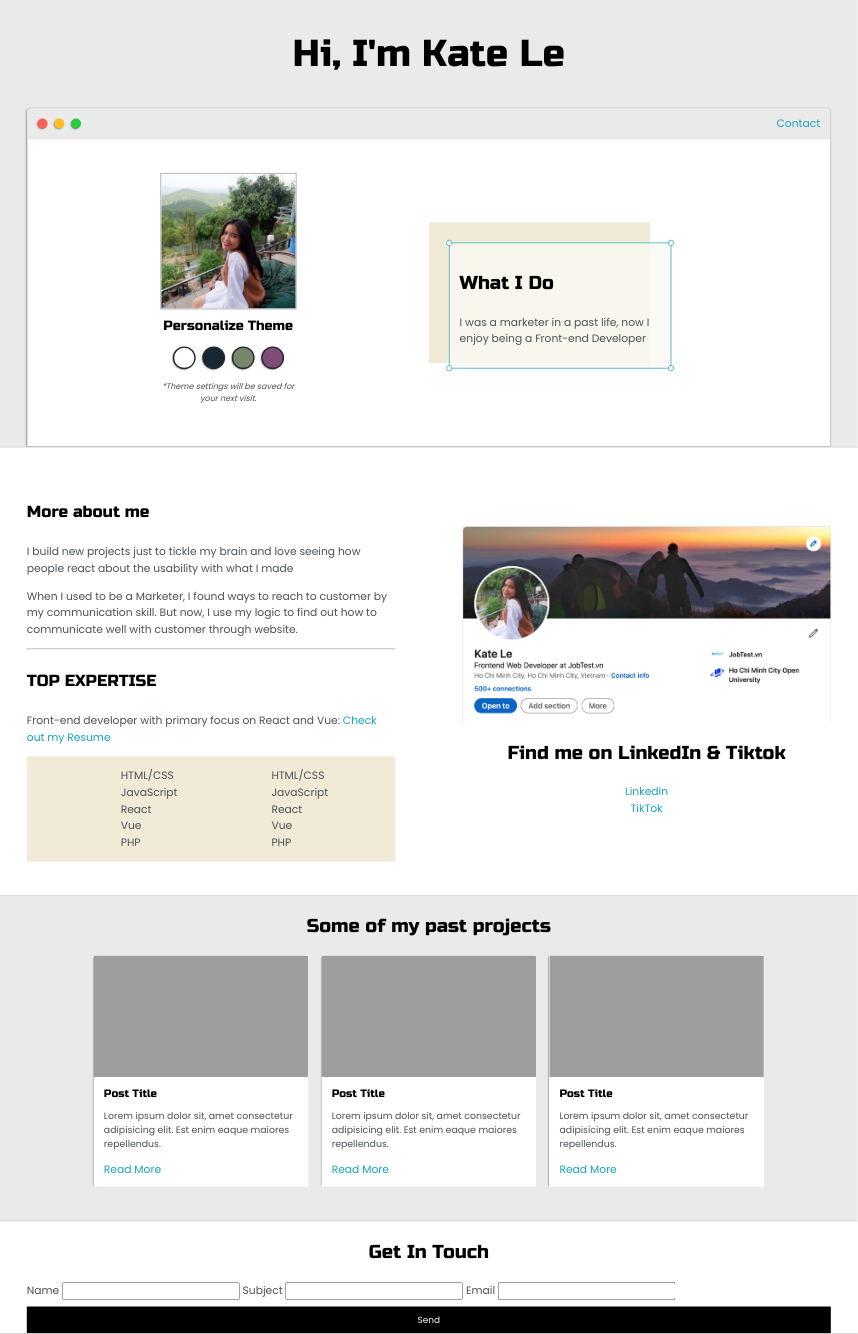
Repository: kate30980/my-persponal-website
Page: index.html
These files come from the project's save history. The page is drawn as it stood at one moment and after a run of saves; the edit follows.
The browser window is 1280 px wide. The pictures show the whole page, at 67% of full size.
Pictures or frames that could not be fetched are drawn as grey boxes.

Above is the page before, as saved 2021-08-26 23:02:27.

### index.html
<!DOCTYPE html>
<html lang="en">

<head>
    <meta charset="UTF-8">
    <meta http-equiv="X-UA-Compatible" content="IE=edge">
    <meta name="viewport" content="width=device-width, initial-scale=1.0">
    <title>Kate Le</title>
    <link rel="preconnect" href="https://fonts.googleapis.com">
    <link rel="preconnect" href="https://fonts.gstatic.com" crossorigin>
    <link rel="preconnect" href="https://fonts.googleapis.com">
    <link rel="preconnect" href="https://fonts.gstatic.com" crossorigin>
    <link href="https://fonts.googleapis.com/css2?family=Poppins:wght@300;400;600;700&family=Russo+One&display=swap"
        rel="stylesheet">
    <link rel="stylesheet" href="main.css">
</head>

<body>

    <section class="s1">
        <div class="main-container">
            <div class="greeting-wrapper">
                <h1>Hi, I'm Kate Le</h1>
            </div>

            <div class="intro-wrapper">
                <div class="nav-wrapper">
                    <div class="dots-wrapper">
                        <div id="dot-1" class="browser-dot"></div>
                        <div id="dot-2" class="browser-dot"></div>
                        <div id="dot-3" class="browser-dot"></div>
                    </div>
                    <ul id="navigation">
                        <li>
                            <a href="#">Contact</a>
                        </li>
                    </ul>
                </div>
                <div class="left-column">
                    <img id="profile-pic" src="./images/IMG_2624.JPG" alt="img-kate">
                    <h5 style="text-align:center;line-height:0; margin: 25px">Personalize Theme</h5>

                    <div id="theme-options-wrapper">
                        <div id="light-mode" class="theme-dot"></div>
                        <div id="blue-mode" class="theme-dot"></div>
                        <div id="green-mode" class="theme-dot"></div>
                        <div id="purple-mode" class="theme-dot"></div>
                    </div>

                    <p id="settings-note">*Theme settings will be saved for <br> your next visit.</p>
                </div>
                <div class="right-column">

                    <div id="preview-shadow">
                        <div id="preview">
                            <div id="corner-tl" class="corner"></div>
                            <div id="corner-tr" class="corner"></div>
                            <h3>What I Do</h3>
                            <p>I was a marketer in a past life, now I enjoy being a Front-end Developer</p>
                            <div id="corner-br" class="corner"></div>
                            <div id="corner-bl" class="corner"></div>
                        </div>
                    </div>

                </div>
            </div>

        </div>
    </section>

    <section class="s2">
        <div class="main-container">

            <div class="about-wrapper">
                <div class="about-me">
                    <h4>More about me</h4>
                    <p>I build new projects just to tickle my brain and love seeing how people react about the usability
                        with what I made</p>
                    <p>When I used to be a Marketer, I found ways to reach to customer by my communication skill. But
                        now, I use my logic to find out how to communicate well with customer through website.</p>


                    <hr>

                    <h4>TOP EXPERTISE</h4>
                    <p>Front-end developer with primary focus on React and Vue: <a target="_blank"
                            href="CV-HAN-LE-FRONTEND-DEV.pdf">Check
                            out my Resume</a></p>

                    <div id="skills">
                        <ul>
                            <li>HTML/CSS</li>
                            <li>JavaScript</li>
                            <li>React</li>
                            <li>Vue</li>
                            <li>PHP</li>
                        </ul>
                        <ul>
                            <li>HTML/CSS</li>
                            <li>JavaScript</li>
                            <li>React</li>
                            <li>Vue</li>
                            <li>PHP</li>
                        </ul>
                    </div>

                </div>
                <div class="social-links">
                    <img id="social-img" src="./images/linkedIn-2021-08-26 at 22.24.05.png" alt="linkedIn">
                    <h3>Find me on LinkedIn & Tiktok</h3>
                    <a target="_blank" href="https://www.linkedin.com/in/kate-le-38099/">LinkedIn</a>
                    <a target="_blank" href="#">TikTok</a>
                </div>
            </div>

        </div>
    </section>

    <section class="s1">
        <div class="main-container">
            <h3 style="text-align:center">Some of my past projects</h3>
            <div class="post-wrapper">
                <div>
                    <div class="post">
                        <img class="thumbnail"
                            src="https://images.unsplash.com/photo-1555952494-efd681c7e3f9?ixid=MnwxMjA3fDB8MHxzZWFyY2h8ODN8fGFwcGxpY2F0aW9ufGVufDB8fDB8fA%3D%3D&ixlib=rb-1.2.1&auto=format&fit=crop&w=800&q=60"
                            alt="img-post">
                        <div class="post-preview">
                            <h6 class="post-title">Post Title</h6>
                            <p class="post-intro">Lorem ipsum dolor sit, amet consectetur adipisicing elit. Est enim
                                eaque
                                maiores repellendus.</p>
                            <a href="#">Read More</a>
                        </div>
                    </div>
                </div>

                <div>
                    <div class="post">
                        <img class="thumbnail"
                            src="https://images.unsplash.com/photo-1552238979-402eb7a9258c?ixid=MnwxMjA3fDB8MHxwaG90by1wYWdlfHx8fGVufDB8fHx8&ixlib=rb-1.2.1&auto=format&fit=crop&w=990&q=80"
                            alt="img-post">
                        <div class="post-preview">
                            <h6 class="post-title">Post Title</h6>
                            <p class="post-intro">Lorem ipsum dolor sit, amet consectetur adipisicing elit. Est enim
                                eaque
                                maiores repellendus.</p>
                            <a href="#">Read More</a>
                        </div>
                    </div>
                </div>

                <div>
                    <div class="post">
                        <img class="thumbnail"
                            src="https://images.unsplash.com/photo-1551650975-87deedd944c3?ixlib=rb-1.2.1&ixid=MnwxMjA3fDB8MHxzZWFyY2h8Mnx8YXBwbGljYXRpb258ZW58MHx8MHx8&auto=format&fit=crop&w=800&q=60"
                            alt="img-post">
                        <div class="post-preview">
                            <h6 class="post-title">Post Title</h6>
                            <p class="post-intro">Lorem ipsum dolor sit, amet consectetur adipisicing elit. Est enim
                                eaque
                                maiores repellendus.</p>
                            <a href="#">Read More</a>
                        </div>
                    </div>
                </div>
            </div>
        </div>
    </section>

    <section class="s2">
        <div class="main-container">
            <h3 style="text-align:center">Get In Touch</h3>

            <form id="contact-form">
                <label>Name</label>
                <input type="text" class="input-field" name="name">
                <label>Subject</label>
                <input type="text" class="input-field" name="subject">
                <label>Email</label>
                <input type="text" class="input-field" name="email">
                <input id="submit-btn" type="submit" value="Send">
            </form>
        </div>
    </section>

</body>

</html>

### main.css
:root {
  --mainText: black;
  --secondaryText: #4b5156;

  --mainColor: #eaeaea;
  --secondaryColor: #fff;

  --borderColor: #c1c1c1;
  --themeDotBorder: #24292e;

  --previewBg: rgba(251, 249, 243, 0.8);
  --previewShadow: #f0ead6;

  --buttonColor: #000;
}

html,
body {
  padding: 0;
  margin: 0;
  font-family: "Poppins", sans-serif;
}
h1,
h2,
h3,
h4,
h5,
h6,
strong {
  color: var(--mainText);
  font-family: "Russo One", sans-serif;
  font-weight: 500;
}

p,
li,
span,
label,
input,
textarea,
select {
  color: var(--secondaryText);
  font-family: "Poppins", sans-serif;
}
ul {
  list-style: none;
}

a {
  text-decoration: none;
  color: #17a2b8;
}

h1 {
  font-size: 56px;
}
h2 {
  font-size: 36px;
}
h3 {
  font-size: 28px;
}
h4 {
  font-size: 24px;
}
h5 {
  font-size: 20px;
}
h6 {
  font-size: 16px;
}

.s1 {
  background-color: var(--mainColor);
  border-bottom: 1px solid var(--borderColor);
  overflow: auto;
}
.s2 {
  background-color: var(--secondaryColor);
  border-bottom: 1px solid var(--borderColor);
  overflow: auto;
}
.main-container {
  width: 1200px;
  margin: 0 auto;
}
.greeting-wrapper {
  display: grid;
  text-align: center;
  align-content: center;
  min-height: 10em;
}

.intro-wrapper {
  background-color: var(--secondaryColor);
  border: 1px solid var(--borderColor);
  border-radius: 5px 5px 0 0;

  -webkit-box-shadow: -1px 1px 3px -1px rgba(0, 0, 0, 0.75);
  -moz-box-shadow: -1px 1px 3px -1px rgba(0, 0, 0, 0.75);
  box-shadow: -1px 1px 3px -1px rgba(0, 0, 0, 0.75);

  display: grid;
  grid-template-columns: 1fr 1fr;
  grid-template-areas:
    "nav-wrapper nav-wrapper"
    "left-column right-column";
}

#navigation {
  margin: 0;
  padding: 10px;
}
#navigation li {
  display: inline-block;
  margin-right: 5px;
  margin-left: 5px;
}

.dots-wrapper {
  display: flex;
  padding: 10px;
}

#dot-1 {
  background-color: #fc6058;
}
#dot-2 {
  background-color: #fec027;
}
#dot-3 {
  background-color: #2aca3e;
}

.browser-dot {
  background-color: black;
  height: 15px;
  width: 15px;
  border-radius: 50%;
  margin: 5px;

  -webkit-box-shadow: -1px 1px 3px -1px rgba(0, 0, 0, 0.75);
  -moz-box-shadow: -1px 1px 3px -1px rgba(0, 0, 0, 0.75);
  box-shadow: -1px 1px 3px -1px rgba(0, 0, 0, 0.75);
}

.nav-wrapper {
  grid-area: nav-wrapper;
  border-bottom: 1px solid var(--borderColor);
  display: flex;
  justify-content: space-between;
  align-items: center;
  background-color: var(--mainColor);
  border-radius: 5px 5px 0 0;
}
.left-column {
  grid-area: left-column;
  padding-top: 50px;
  padding-bottom: 50px;
}
#profile-pic {
  display: block;
  margin: auto;
  height: 200px;
  width: 200px;
  object-fit: cover;
  border: 2px solid var(--borderColor);
}

#theme-options-wrapper {
  display: flex;
  justify-content: center;
}

.theme-dot {
  height: 30px;
  width: 30px;
  border-radius: 50%;
  background-color: black;

  margin: 5px;
  border: 2px solid var(--themeDotBorder);

  -webkit-box-shadow: -1px 1px 3px -1px rgba(0, 0, 0, 0.75);
  -moz-box-shadow: -1px 1px 3px -1px rgba(0, 0, 0, 0.75);
  box-shadow: -1px 1px 3px -1px rgba(0, 0, 0, 0.75);
  cursor: pointer;
}

.theme-dot:hover {
  border-width: 5px;
}
#light-mode {
  background-color: #fff;
}
#blue-mode {
  background-color: #192734;
}
#green-mode {
  background-color: #78866b;
}
#purple-mode {
  background-color: #7e4c74;
}
#settings-note {
  font-size: 12px;
  font-style: italic;
  text-align: center;
}

.right-column {
  grid-area: right-column;
  display: grid;
  align-content: center;

  padding-top: 50px;
  padding-bottom: 50px;
}

#preview-shadow {
  background-color: var(--previewShadow);
  width: 300px;
  height: 180px;
  padding-left: 30px;
  padding-top: 30px;
}

#preview {
  width: 300px;
  border: 1.5px solid #17a2b8;
  background-color: var(--previewBg);
  padding: 15px;
  position: relative;
}
.corner {
  width: 7px;
  border: 1.5px solid #17a2b8;
  height: 7px;
  border-radius: 50%;
  background-color: #fff;
  position: absolute;
}
#corner-tl {
  top: -5px;
  left: -5px;
}
#corner-tr {
  top: -5px;
  right: -5px;
}
#corner-br {
  bottom: -5px;
  right: -5px;
}
#corner-bl {
  bottom: -5px;
  left: -5px;
}

.about-wrapper {
  display: grid;
  padding-bottom: 50px;
  padding-top: 50px;
  grid-template-columns: repeat(auto-fit, minmax(320px, 1fr));
  /*Repeat this action right here which tells us auto fit as many colums as we can into this row, however many colums will fil in there  and add them in there and repeat it this way with min max say that the column should never be smaller than 320px, so once we get to the point where it starts crushing it, go ahead and start naturally stacking those item*/
  gap: 100px;
}

#skills {
  display: flex;
  justify-content: space-evenly;
  background-color: var(--previewShadow);
}
.social-links {
  display: grid;
  align-content: center;
  text-align: center;
}
#social-img {
  width: 100%;
}
.post-wrapper {
  display: grid;
  grid-template-columns: repeat(auto-fit, 320px);
  gap: 20px;
  justify-content: center;
  padding-bottom: 50px;
}
.post {
  border: 1ox solid (var(--borderColor));
  -webkit-box-shadow: -1px 1px 3px -1px rgba(0, 0, 0, 0.75);
  -moz-box-shadow: -1px 1px 3px -1px rgba(0, 0, 0, 0.75);
  box-shadow: -1px 1px 3px -1px rgba(0, 0, 0, 0.75);
}
.thumbnail {
  width: 100%;
  height: 180px;
  display: block;
  object-fit: cover;
}
.post-preview {
  background-color: #fff;
  padding: 15px;
}
.post-title {
  color: black;
  margin: 0;
}
.post-intro {
  color: #4b5156;
  font-size: 14px;
}
#submit-btn {
  margin-top: 10px;
  width: 100%;
  padding-top: 10px;
  padding-bottom: 10px;
  color: #fff;
  background-color: var(--buttonColor);
  border: none;
}
@media screen and (max-width: 1200px) {
  .main-container {
    width: 95%;
  }
}
@media screen and (max-width: 800px) {
  .intro-wrapper {
    grid-template-columns: 1fr;
    grid-template-areas:
      "nav-wrapper"
      "left-column"
      "right-column";
  }
  .right-column {
    justify-content: center;
  }
}

After the next 2 saves:
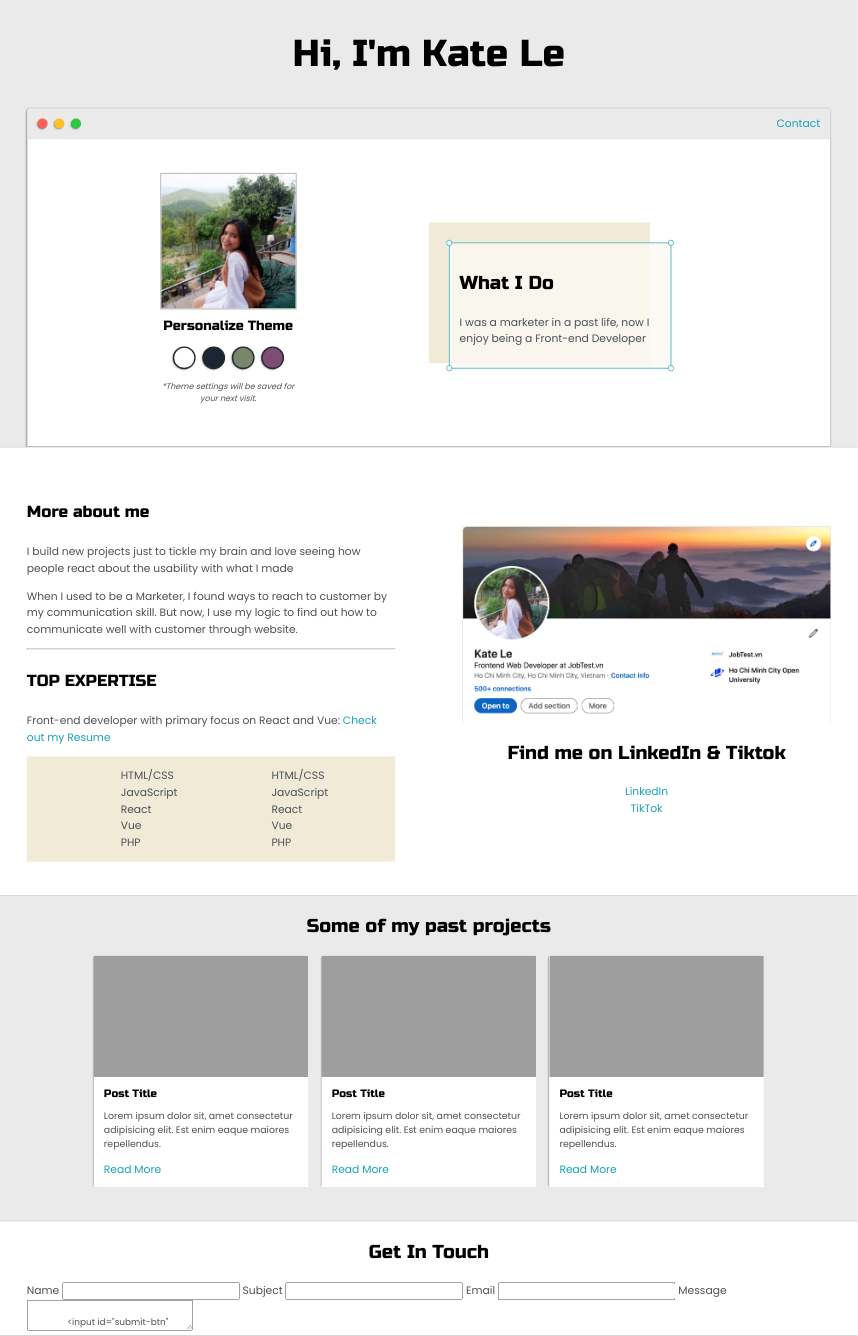
The 2 saves are shown as one change because they came seconds apart.
The last was saved 78 s later.
--- a/index.html
+++ b/index.html
@@ -173,12 +173,16 @@
             <h3 style="text-align:center">Get In Touch</h3>
 
             <form id="contact-form">
+
                 <label>Name</label>
                 <input type="text" class="input-field" name="name">
                 <label>Subject</label>
                 <input type="text" class="input-field" name="subject">
                 <label>Email</label>
                 <input type="text" class="input-field" name="email">
+                <label>Message</label>
+                <textarea class="input-field" name="message" class="input-field">
+
                 <input id="submit-btn" type="submit" value="Send">
             </form>
         </div>
